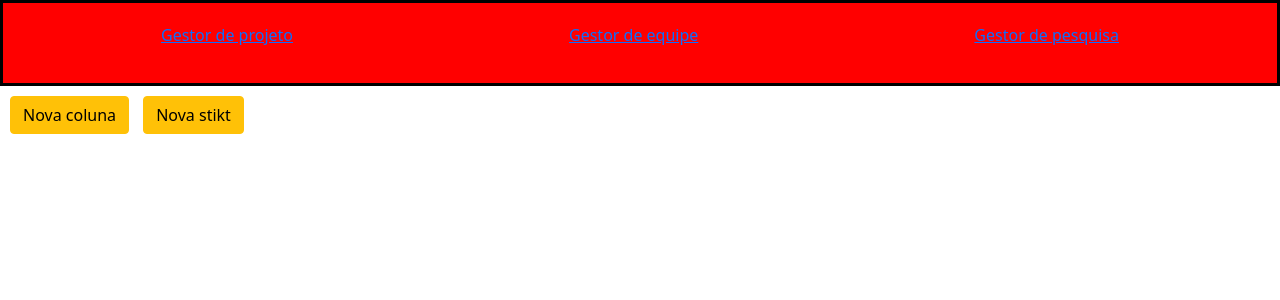
Repository: shadowruge/kanban
Page: index.html
These files come from the project's save history. The page is drawn as it stood at one moment and after the next save; the edit follows.
The browser window is 1280 px wide. The pictures show the whole page.

Above is the page before, as saved 2021-06-12 19:17:25.

After the next save:
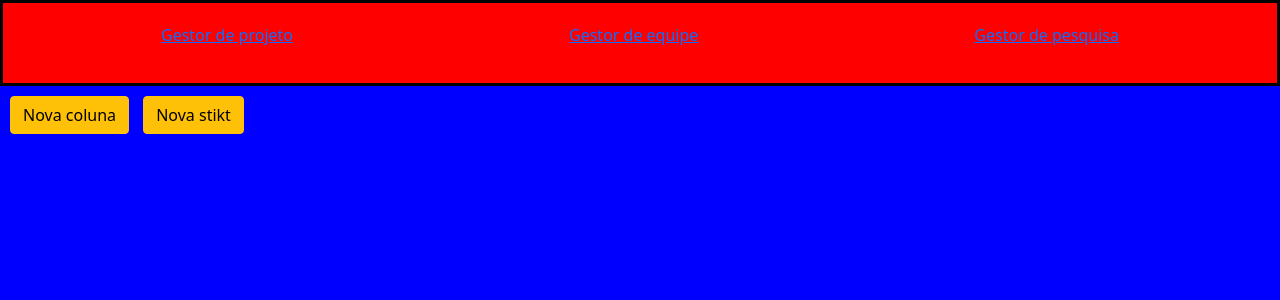
Saved 4 s later.
--- a/style.css
+++ b/style.css
@@ -5,7 +5,7 @@
 }
 
 body{
-  background-color:blu;
+  background-color:blue;
 }
 
 #kanban {
